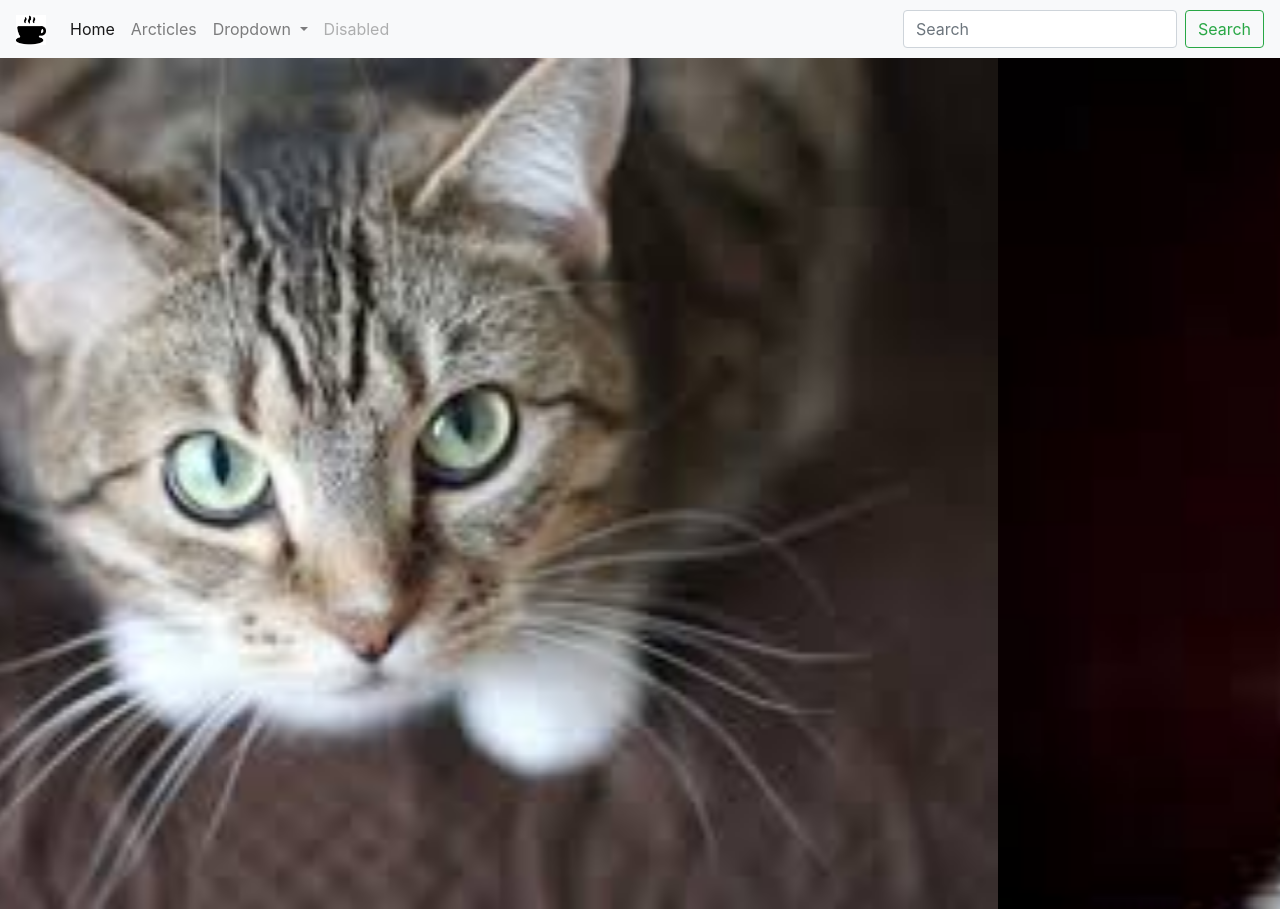
Repository: robertscirulis/galaDarbs
Page: index.html
These files come from the project's save history. The page is drawn as it stood at one moment and after the next save; the edit follows.
The browser window is 1280 px wide. The pictures show the whole page.

Above is the page before, as saved 2018-09-27 14:39:33.

### index.html
<!DOCTYPE html>
<html lang="en">

<head>
    <meta charset="UTF-8">
    <meta name="viewport" content="width=device-width, initial-scale=1.0">
    <meta http-equiv="X-UA-Compatible" content="ie=edge">
    <title>Document</title>
    <link rel="stylesheet" href="https://stackpath.bootstrapcdn.com/bootstrap/4.1.3/css/bootstrap.min.css" integrity="sha384-MCw98/SFnGE8fJT3GXwEOngsV7Zt27NXFoaoApmYm81iuXoPkFOJwJ8ERdknLPMO"
        crossorigin="anonymous">
</head>

<body>

    <nav class="navbar navbar-expand-lg navbar-light bg-light">
        <a class="navbar-brand" href="#">
            <img src="data:[embedded picture, 3642 characters]"
                width="30" height="30" alt="">
        </a>

        <button class="navbar-toggler" type="button" data-toggle="collapse" data-target="#navbarSupportedContent" aria-controls="navbarSupportedContent"
            aria-expanded="false" aria-label="Toggle navigation">
            <span class="navbar-toggler-icon"></span>
        </button>

        <div class="collapse navbar-collapse" id="navbarSupportedContent">
            <ul class="navbar-nav mr-auto">
                <li class="nav-item active">
                    <a class="nav-link" href="#">Home <span class="sr-only">(current)</span></a>
                </li>
                <li class="nav-item">
                    <a class="nav-link" href="#">Arcticles</a>
                </li>
                <li class="nav-item dropdown">
                    <a class="nav-link dropdown-toggle" href="#" id="navbarDropdown" role="button" data-toggle="dropdown" aria-haspopup="true"
                        aria-expanded="false">
                        Dropdown
                    </a>
                    <div class="dropdown-menu" aria-labelledby="navbarDropdown">
                        <a class="dropdown-item" href="#">Action</a>
                        <a class="dropdown-item" href="#">Another action</a>
                        <div class="dropdown-divider"></div>
                        <a class="dropdown-item" href="#">Something else here</a>
                    </div>
                </li>
                <li class="nav-item">
                    <a class="nav-link disabled" href="#">Disabled</a>
                </li>
            </ul>
            <form class="form-inline my-2 my-lg-0">
                <input class="form-control mr-sm-2" type="search" placeholder="Search" aria-label="Search">
                <button class="btn btn-outline-success my-2 my-sm-0" type="submit">Search</button>
            </form>
        </div>
    </nav>

    <div id="carouselExampleSlidesOnly" class="carousel slide" data-ride="carousel">
        <div class="carousel-inner">
            <div class="carousel-item active">
                <img class="d-block w-100" src="data:[embedded picture, 9139 characters]"
                    alt="First slide">
            </div>
            <div class="carousel-item">
                <img class="d-block w-100" src="data:[embedded picture, 7943 characters]"
                    alt="Second slide">
            </div>
            <div class="carousel-item">
                <img class="d-block w-100" src="https://cdn.newsapi.com.au/image/v1/d8fc3cab5cf96baa4691f53802eda1ff" alt="Third slide">
            </div>
        </div>
    </div>

    <span>

    </span>

    <span>

    </span>

    <span>

    </span>




    <script src="https://code.jquery.com/jquery-3.3.1.slim.min.js" integrity="sha384-q8i/X+965DzO0rT7abK41JStQIAqVgRVzpbzo5smXKp4YfRvH+8abtTE1Pi6jizo"
        crossorigin="anonymous"></script>
    <script src="https://cdnjs.cloudflare.com/ajax/libs/popper.js/1.14.3/umd/popper.min.js" integrity="sha384-ZMP7rVo3mIykV+2+9J3UJ46jBk0WLaUAdn689aCwoqbBJiSnjAK/l8WvCWPIPm49"
        crossorigin="anonymous"></script>
    <script src="https://stackpath.bootstrapcdn.com/bootstrap/4.1.3/js/bootstrap.min.js" integrity="sha384-ChfqqxuZUCnJSK3+MXmPNIyE6ZbWh2IMqE241rYiqJxyMiZ6OW/JmZQ5stwEULTy"
        crossorigin="anonymous"></script>
    <script src="js/main.js" type="text/javascript"></script>
</body>

</html>

Loaded but not shown: js/main.js (no copy from this time; the picture is the same without it)

After the next save:
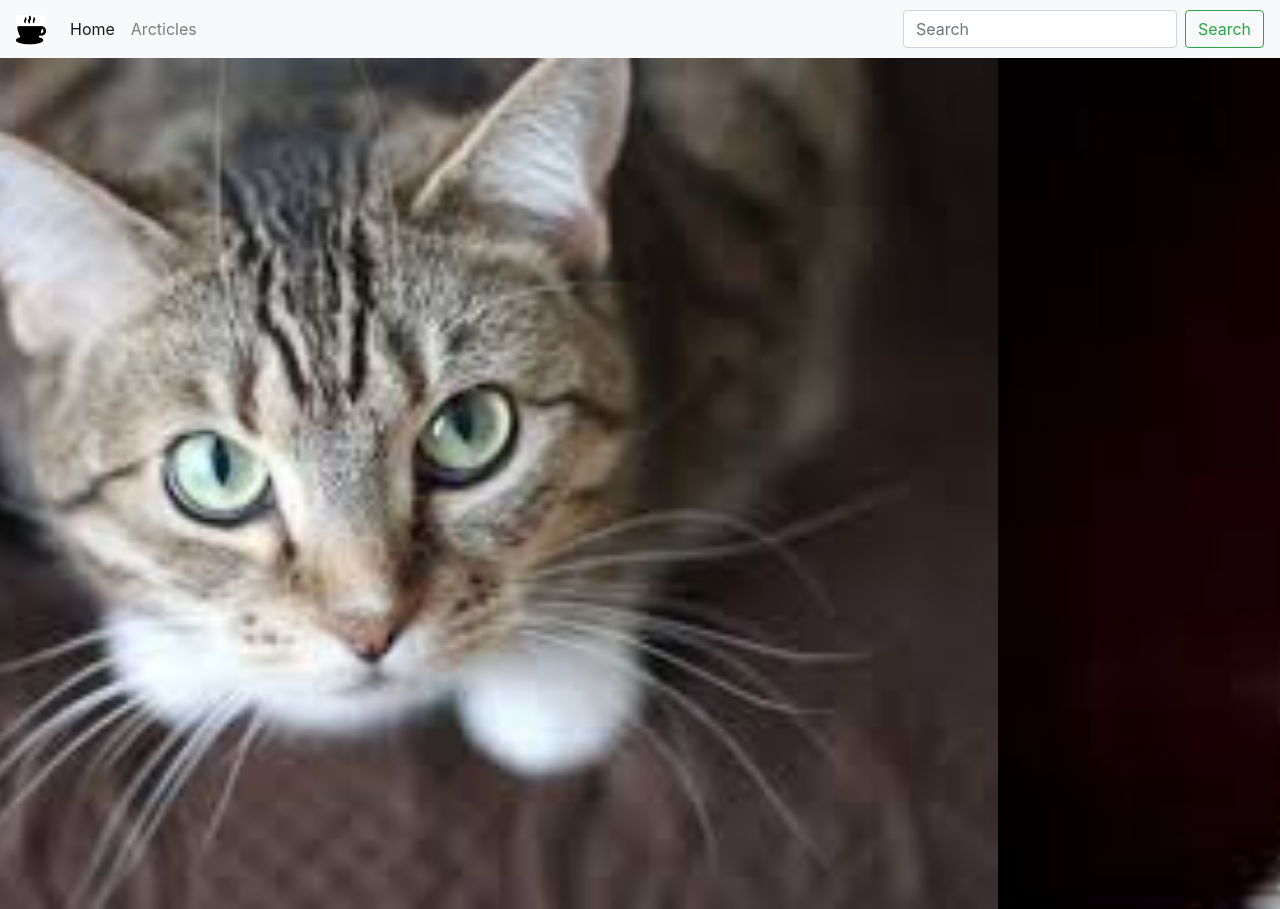
Saved 56 s later.
--- a/index.html
+++ b/index.html
@@ -31,21 +31,7 @@
                 <li class="nav-item">
                     <a class="nav-link" href="#">Arcticles</a>
                 </li>
-                <li class="nav-item dropdown">
-                    <a class="nav-link dropdown-toggle" href="#" id="navbarDropdown" role="button" data-toggle="dropdown" aria-haspopup="true"
-                        aria-expanded="false">
-                        Dropdown
-                    </a>
-                    <div class="dropdown-menu" aria-labelledby="navbarDropdown">
-                        <a class="dropdown-item" href="#">Action</a>
-                        <a class="dropdown-item" href="#">Another action</a>
-                        <div class="dropdown-divider"></div>
-                        <a class="dropdown-item" href="#">Something else here</a>
-                    </div>
-                </li>
-                <li class="nav-item">
-                    <a class="nav-link disabled" href="#">Disabled</a>
-                </li>
+
             </ul>
             <form class="form-inline my-2 my-lg-0">
                 <input class="form-control mr-sm-2" type="search" placeholder="Search" aria-label="Search">
